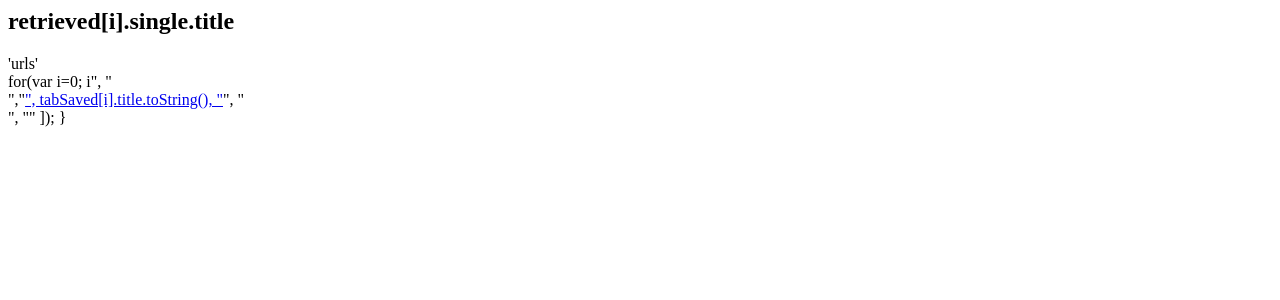
Repository: pixman92/GitTab
Page: testing.html
These files come from the project's save history. The page is drawn as it stood at one moment and after the next save; the edit follows.
The browser window is 1280 px wide. The pictures show the whole page.

Above is the page before, as saved 2020-01-29 21:42:35.

### testing.html


<div class="gridSaved">
    <div class="margBottom"><h2>retrieved[i].single.title</h2></div>
    <div>
        'urls'
    </div>

</div>


for(var i=0; i<retrieved.single.length; i++){
    str+=makeStr(["<div>", "<div>","<a target='_blank'  href=\"", tabSaved[i].url.toString(), "\">", tabSaved[i].title.toString(), "</a>", "</div>", "</div>" ]);
}

After the next save:
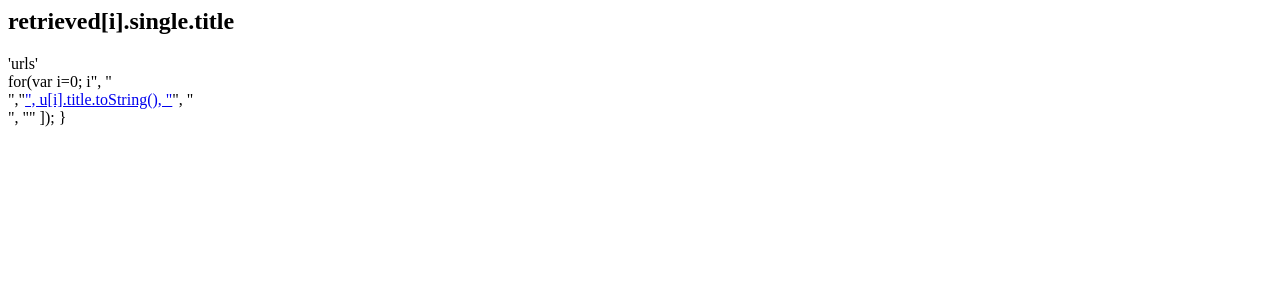
Saved 13 s later.
--- a/testing.html
+++ b/testing.html
@@ -10,5 +10,5 @@
 
 
 for(var i=0; i<retrieved.single.length; i++){
-    str+=makeStr(["<div>", "<div>","<a target='_blank'  href=\"", tabSaved[i].url.toString(), "\">", tabSaved[i].title.toString(), "</a>", "</div>", "</div>" ]);
+    str+=makeStr(["<div>", "<div>","<a target='_blank'  href=\"", u[i].url.toString(), "\">", u[i].title.toString(), "</a>", "</div>", "</div>" ]);
 }
